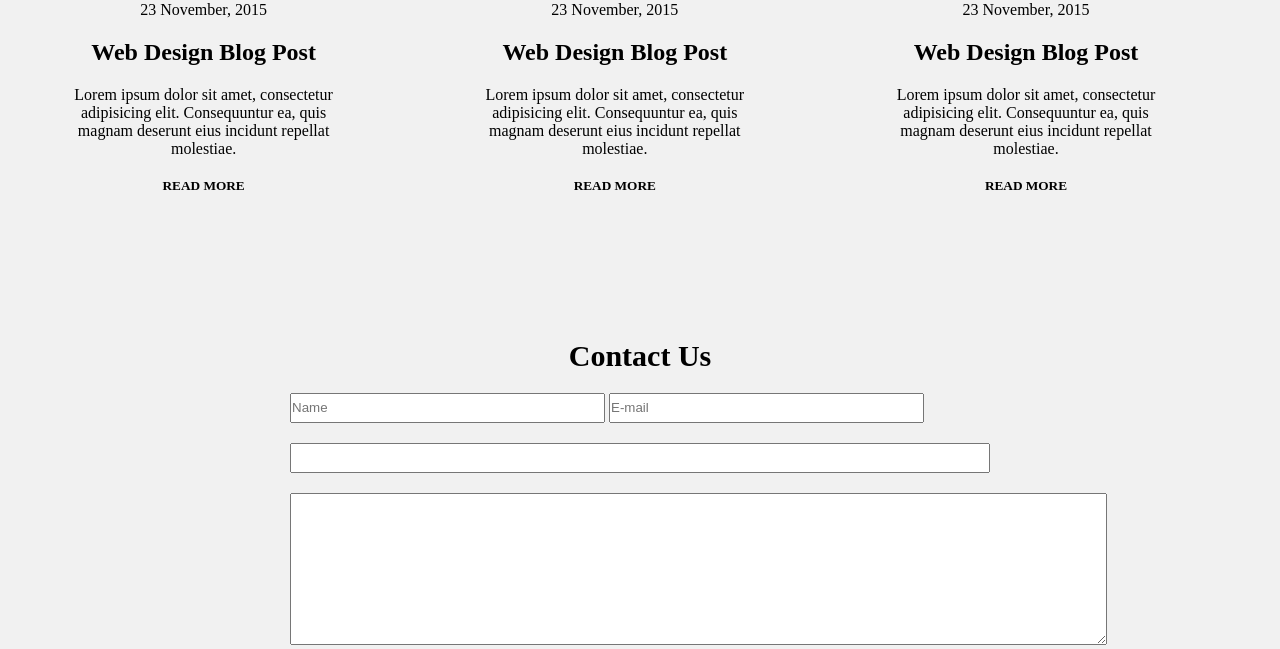
Repository: Ahmedalid/New-project
Page: Rout/index.html
These files come from the project's save history. The page is drawn as it stood at one moment and after the next save; the edit follows.
The browser window is 1280 px wide. The pictures show the part of the page from y = 3461 to 4110 px (the page is 4110 px tall).
A picture or video elsewhere on the page could not be fetched, so the positions and the page height are approximate.

Above is the page before, as saved 2023-05-24 19:52:13.

After the next save:
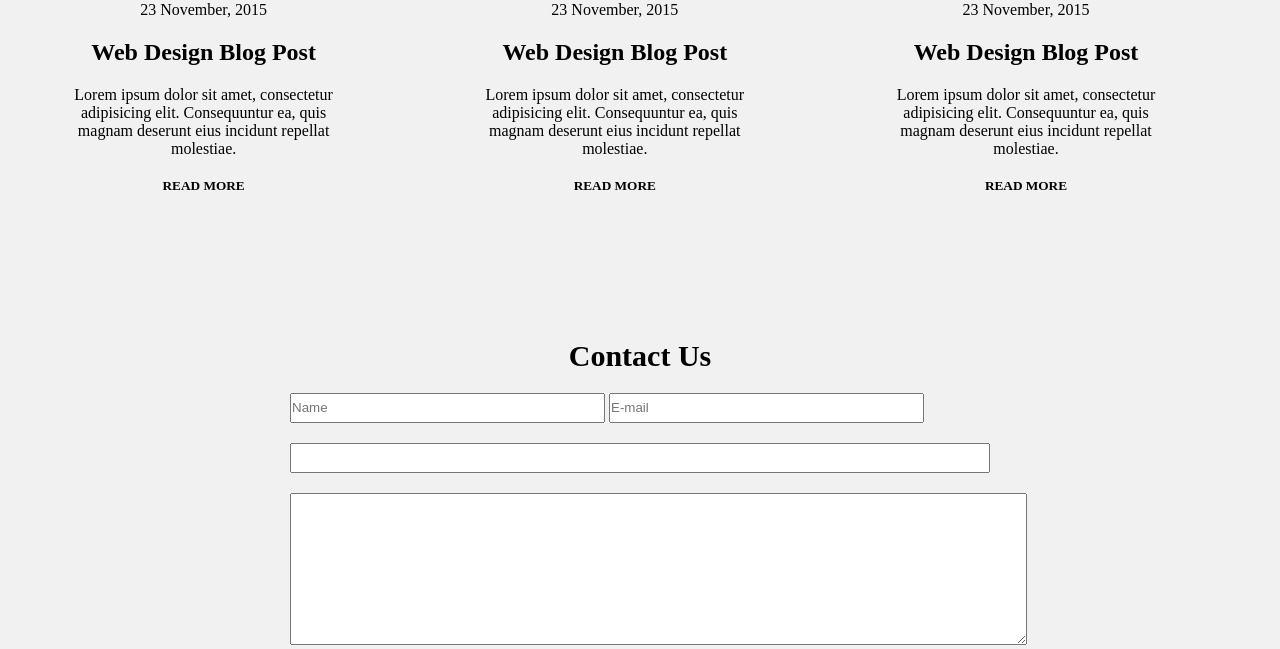
Saved 5 s later.
--- a/Rout/index.html
+++ b/Rout/index.html
@@ -243,7 +243,7 @@
                  <input type="text" placeholder="Name" class="w-5 h-input" name="" id="">
                 <input type="text" name="" id="" placeholder="E-mail" class="w-5 input-l h-input">
                 <input type="text" class="w-10 mt h-input" name="" id="">
-                <textarea name="" class="mt" id="" cols="100" rows="10"></textarea>
+                <textarea name="" class="mt" id="" cols="90" rows="10"></textarea>
                 </div>
             </div>
         </section>
